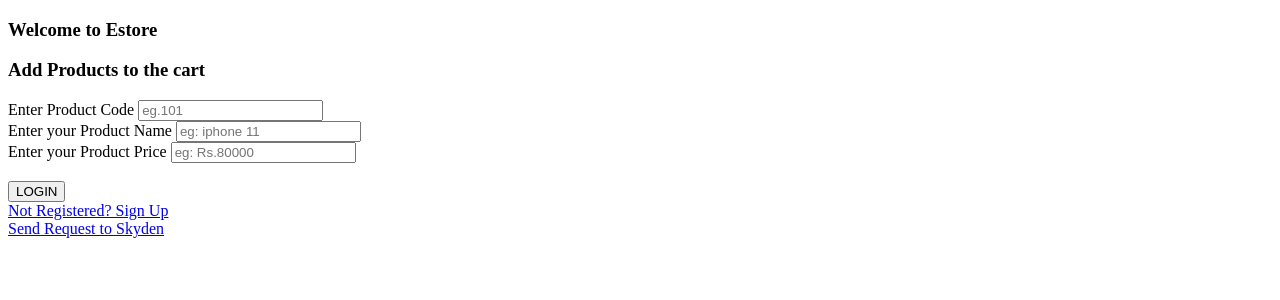
Repository: harshithkandula/Myfirstpractice
Page: Estore/src/main/webapp/addproduct.html
The author's editor kept a copy of each file at every save. The page is drawn from the files as they stood at one save, then again after the next save.
The browser window is 1280 px wide. The pictures show the whole page.

Above is the page before, as saved 2024-02-06 14:53:02.

### Estore/src/main/webapp/addproduct.html
<!DOCTYPE html>
<html>
<head>
<meta charset="ISO-8859-1">
<title>Add Product</title>
</head>
<body>
      <h3>Welcome to Estore</h3>
      <h3>Add Products to the cart</h3>
     <form>
          <label>Enter Product Code</label>
          <input type="text" name="txtcode" placeholder="eg.101"/><br>
          <label>Enter your Product Name</label>
          <input type="text" name="txtname" placeholder="eg: iphone 11"><br>
          <label>Enter your Product Price</label>
          <input type="text" name="txtnprice" placeholder="eg: Rs.80000"><br>
          <input type="hidden" value="login" name="txtType"><br>
          <input type="submit" value="LOGIN" ><br>
          <a href="register.html">Not Registered? Sign Up</a><br>
          <a href="Home">Send Request to Skyden</a>
     </form>
</body>
</html>

After the next save:
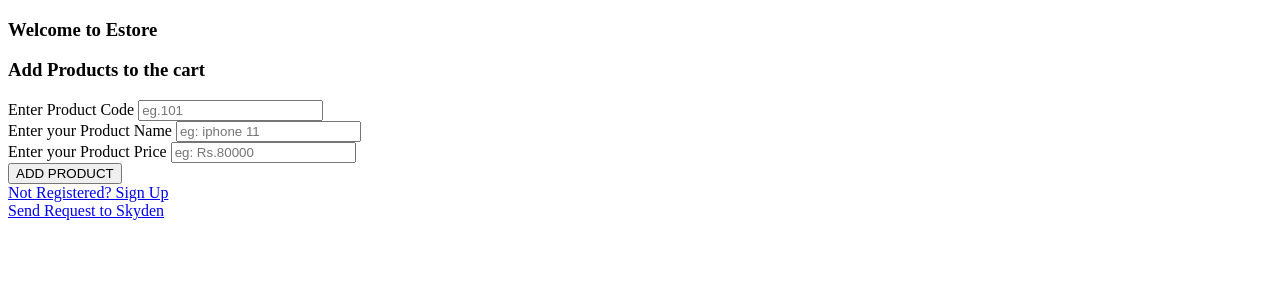
Saved 81 s later.
--- a/Estore/src/main/webapp/addproduct.html
+++ b/Estore/src/main/webapp/addproduct.html
@@ -14,8 +14,8 @@
           <input type="text" name="txtname" placeholder="eg: iphone 11"><br>
           <label>Enter your Product Price</label>
           <input type="text" name="txtnprice" placeholder="eg: Rs.80000"><br>
-          <input type="hidden" value="login" name="txtType"><br>
-          <input type="submit" value="LOGIN" ><br>
+
+          <input type="submit" value="ADD PRODUCT" ><br>
           <a href="register.html">Not Registered? Sign Up</a><br>
           <a href="Home">Send Request to Skyden</a>
      </form>
